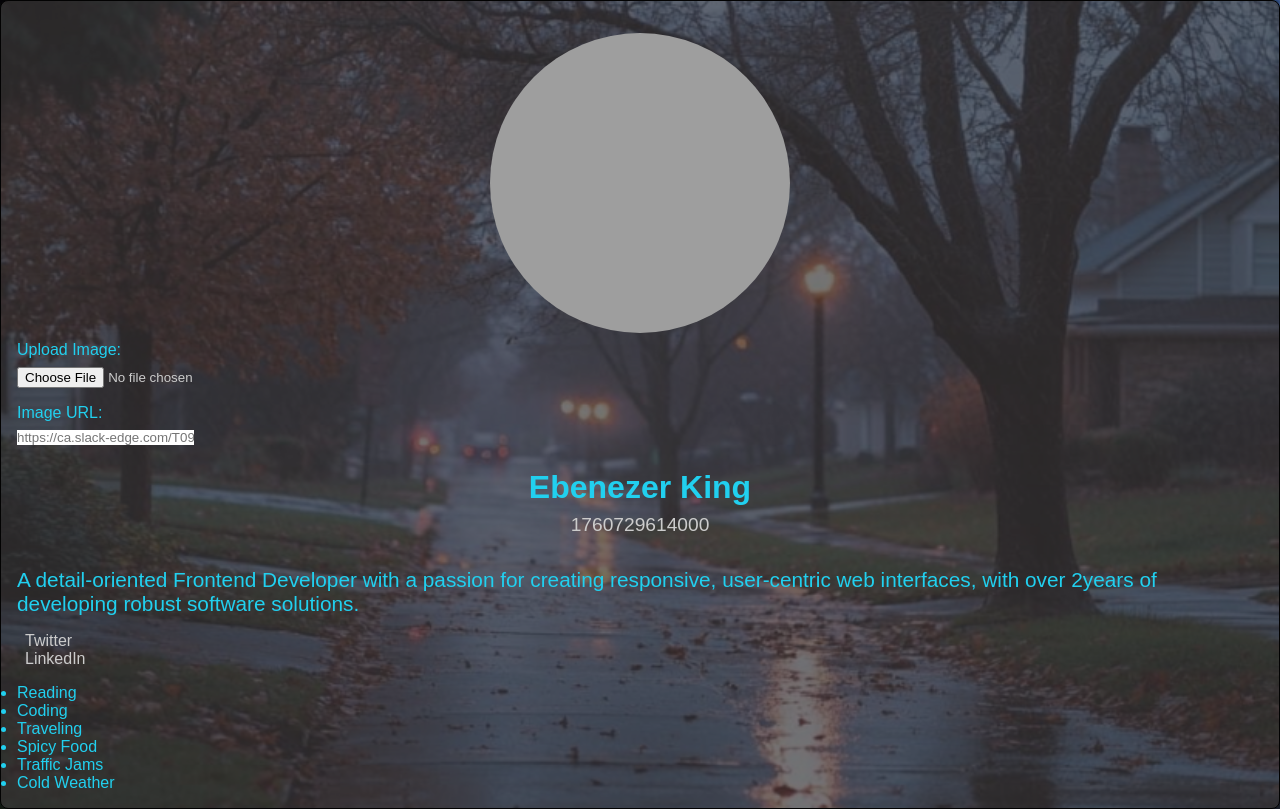
Repository: ebenezertiewei/profileCard
Page: index.html
An editor plug-in stored every save of this project. The page is shown before and after the next save, followed by the edit.
The browser window is 1280 px wide. The pictures show the whole page.
Pictures or frames that could not be fetched are drawn as grey boxes.

Above is the page before, as saved 2025-10-17 23:21:36.

After the next save:
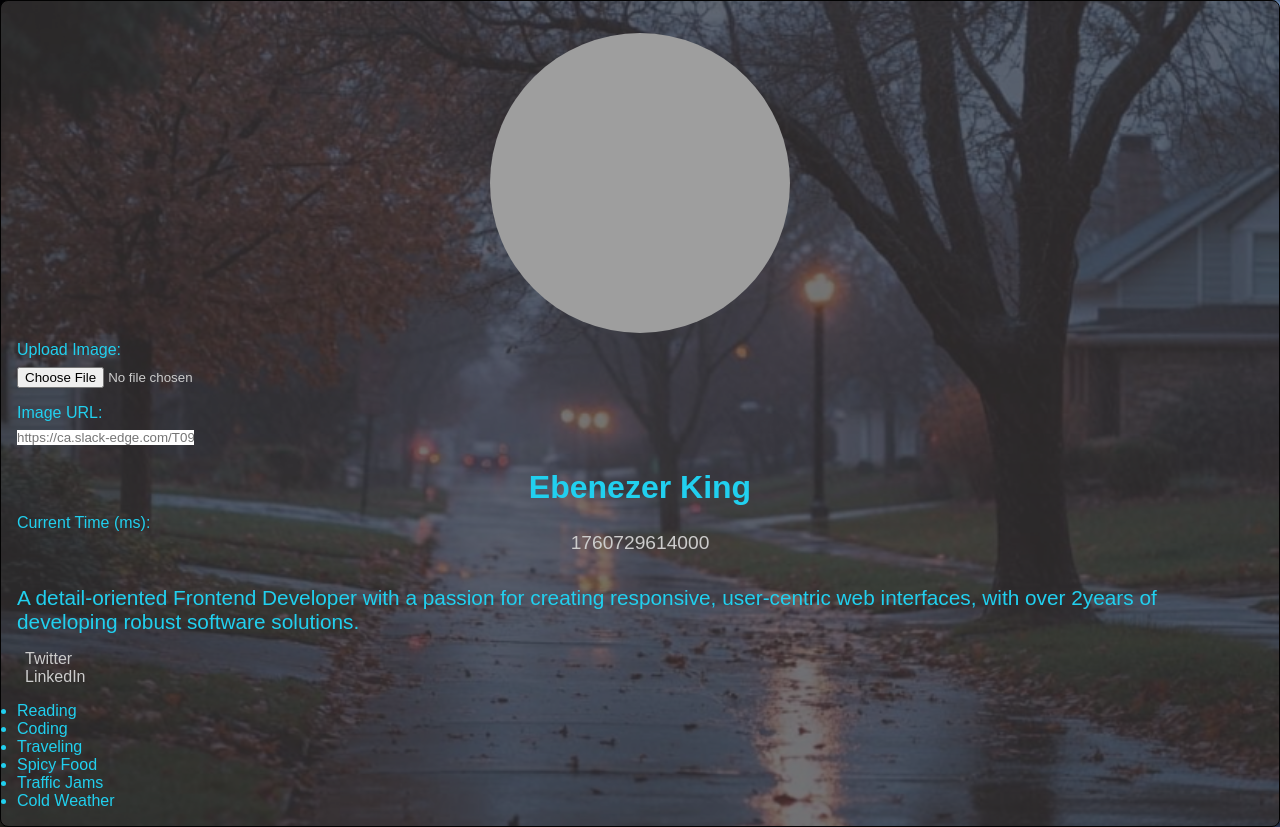
Saved 10 s later.
--- a/index.html
+++ b/index.html
@@ -34,7 +34,7 @@
 				</section>
 				<h2 data-testid="test-user-name">Ebenezer King</h2>
 				<!----------- current time----------->
-
+				<label for="currentTime">Current Time (ms):</label>
 				<p data-testid="test-user-time"></p>
 			</section>
 			<!---------------------------------- PROFILE DETAILS ---------------------------->

After the save that followed:
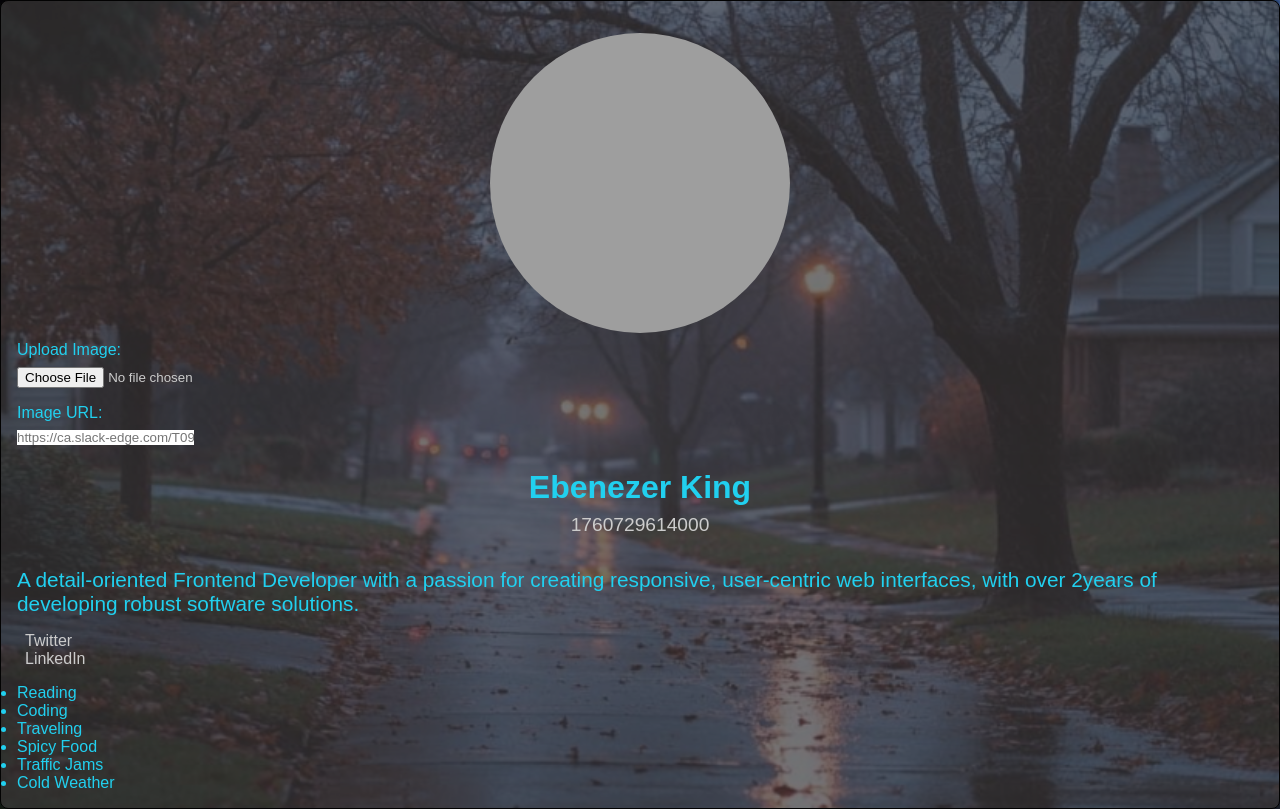
Saved 41 s later.
--- a/index.html
+++ b/index.html
@@ -34,7 +34,7 @@
 				</section>
 				<h2 data-testid="test-user-name">Ebenezer King</h2>
 				<!----------- current time----------->
-				<label for="currentTime">Current Time (ms):</label>
+
 				<p data-testid="test-user-time"></p>
 			</section>
 			<!---------------------------------- PROFILE DETAILS ---------------------------->
